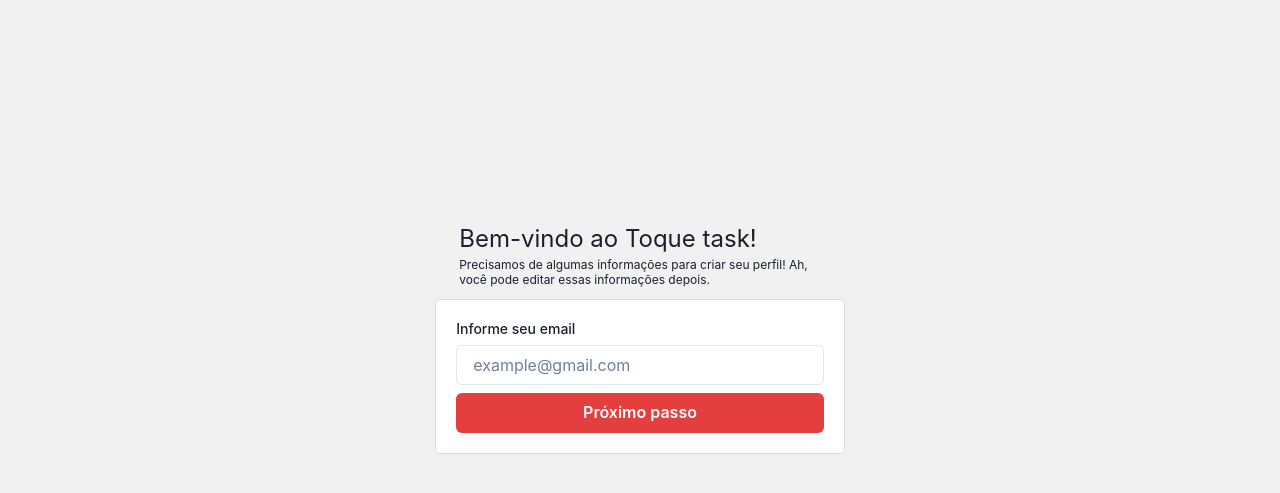
Repository: jorgelucasjs/chakra-ui-doc
Page: /
An editor plug-in stored every save of this project. The page is shown before and after a run of saves, followed by the edit.
The browser window is 1280 px wide. The pictures show the whole page.
The project was rebuilt for these pictures with package versions that can differ from the ones it lists, and the page was loaded fresh each time.

Above is the page before, as saved 2023-01-06 14:28:48.

### public/index.html
<!DOCTYPE html>
<html lang="en">
  <head>
    <meta charset="utf-8" />
   <!--  <link rel="icon" href="%PUBLIC_URL%/logo.jpg" /> -->
    <meta name="viewport" content="width=device-width, initial-scale=1" />
    <meta name="theme-color" content="#000000" />
    <meta
      name="description"
      content="Web site created using create-react-app"
    />
    <!-- <link rel="apple-touch-icon" href="%PUBLIC_URL%/logo.jpg" /> -->
    <!--
      manifest.json provides metadata used when your web app is installed on a
      user's mobile device or desktop. See https://developers.google.com/web/fundamentals/web-app-manifest/
    -->
    <link rel="manifest" href="%PUBLIC_URL%/manifest.json" />
    <!--
      Notice the use of %PUBLIC_URL% in the tags above.
      It will be replaced with the URL of the `public` folder during the build.
      Only files inside the `public` folder can be referenced from the HTML.

      Unlike "/favicon.ico" or "favicon.ico", "%PUBLIC_URL%/favicon.ico" will
      work correctly both with client-side routing and a non-root public URL.
      Learn how to configure a non-root public URL by running `npm run build`.
    -->
    <title>Chackra ui</title>
  </head>
  <body>
    <noscript>You need to enable JavaScript to run this app.</noscript>
    <div id="root"></div>
    <!--
      This HTML file is a template.
      If you open it directly in the browser, you will see an empty page.

      You can add webfonts, meta tags, or analytics to this file.
      The build step will place the bundled scripts into the <body> tag.

      To begin the development, run `npm start` or `yarn start`.
      To create a production bundle, use `npm run build` or `yarn build`.
    -->
  </body>
</html>

### src/index.tsx
import React from 'react';
import ReactDOM from 'react-dom/client';
import App from './App';
import reportWebVitals from './reportWebVitals';

const root = ReactDOM.createRoot(
  document.getElementById('root') as HTMLElement
);


root.render(

	<React.StrictMode>
		<App />
	</React.StrictMode>

);

reportWebVitals();

### src/App.tsx
import * as React from 'react';
import PagesRouter from './routes';
import { extendTheme, ChakraProvider, ColorModeScript } from '@chakra-ui/react';
import theme from './theme/theme';

export default function App(): JSX.Element {

	return (
		<ChakraProvider theme={theme}>
			<ColorModeScript initialColorMode={theme.config.initialColorMode} />
			<PagesRouter />
		</ChakraProvider>
	);
}

### src/routes/index.tsx
import React from 'react';
import { BrowserRouter, Route, Routes } from 'react-router-dom';
import Home from '../pages';
import GlobalStyle from './../style/Global';
export default function PagesRouter(): JSX.Element {
	return (

		<BrowserRouter>
			<GlobalStyle />

			<Routes>

				<Route
					path='/'
					element={<Home />}
				/>
			</Routes>
		</BrowserRouter>

	);
}

### src/theme/theme.ts
import { extendTheme, ThemeConfig } from '@chakra-ui/react';

const config: ThemeConfig = {
	initialColorMode: 'light',
	useSystemColorMode: false,
};

const colors = {
	brand: {
		900: '#1a365d',
		800: '#153e75',
		700: '#2a69ac',
	},
};

const theme = extendTheme({ config, colors });

export default theme;

### src/pages/index.tsx
import React from 'react';
import { Box, Text, Flex, FormControl, FormLabel, Input,Button } from '@chakra-ui/react';


export default function index(): JSX.Element {

	return (
		<Flex justify={'center'} bg={'#F1F1F1'} height='100vh'>
			<Box h={300} w={'32%'} mt={200}>
				<Box p={6} pb={0}>
					<Text fontSize='2xl' mb={1}>Bem-vindo ao Toque task!</Text>
					<Text fontSize='xs'>Precisamos de algumas informações para criar seu perfil! Ah,
						você pode editar essas informações depois.</Text>
				</Box>

				<Box bg='#fff' p={5} mt={3} borderRadius={5} border='1px solid #ddd'>
					<FormControl>
						<FormLabel fontSize='14'>Informe seu email</FormLabel>
						<Input type='email' placeholder='example@gmail.com'/>
						<Button w={'100%'} mt={2} colorScheme={'red'} color='#fff'>Próximo passo  </Button>
					</FormControl>
				</Box>
			</Box>
		</Flex>
	);
}

### src/style/Global.ts
import { createGlobalStyle } from 'styled-components';

export default createGlobalStyle`
  * {
	  margin: 0;
	  padding: 0;
	  box-sizing: border-box;
	}

  body {
	  width: 100vw;
	  background:#fefefe;
  }

  body,
  input,
  textarea,
  button {
	font: 400 1rem Inter, sans-serif;
  }

  h1 {
	font-size: 2.5rem;
	font: 700;
	font-family: 'Work Sans', sans-serif;
  }

  h2 {
	font-size: 1.5rem;
  }

  button {
	cursor: pointer;
  }

  h1,
  h2,
  h3,
  h4,
  h5,
  h6 {
	font-weight: 600;
	font-family: Lexend, sans-serif;
  }

  input {
	outline: none;
  }
  a{
	text-decoration:none;
	color:#fff;
  }
  .modalContent,
  .secondModal {
	>img {
	  width: 15rem;
	  margin: 15px auto;
	  display: flex;
	  justify-content: center;
	  align-self: center;
	}
	> form {
	  margin: 20px 0;
	  width: 100%;
	  text-align: center;

	> label {
	  display: flex;
	  align-items: flex-start;
	  margin: 15px 0;
	  color: #1c1c1c;
	}

	>button {
	  margin-top: 25px;
	}
  }
}


.secondModal {
  >h1 {
	text-align: center;
	margin: 4rem 0 0 0;
  }

  >span {
	display: block;
	text-align: center;
	color: #1c1c1c;
	font-size: 15px;
	margin: 20px 0;
  }
}



`;

Loaded but not shown: src/reportWebVitals.ts (common file)

After the next 4 saves:
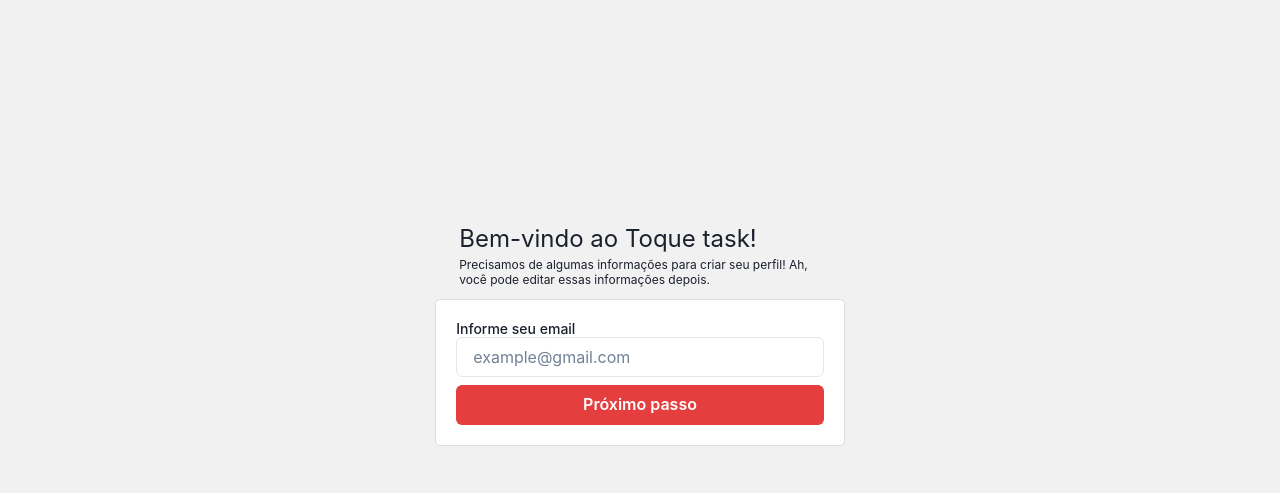
The 4 saves are shown as one change because they came seconds apart.
The last was saved 15 s later.
--- a/src/pages/index.tsx
+++ b/src/pages/index.tsx
@@ -15,7 +15,7 @@
 
 				<Box bg='#fff' p={5} mt={3} borderRadius={5} border='1px solid #ddd'>
 					<FormControl>
-						<FormLabel fontSize='14'>Informe seu email</FormLabel>
+						<FormLabel fontSize='14' mb=''>Informe seu email</FormLabel>
 						<Input type='email' placeholder='example@gmail.com'/>
 						<Button w={'100%'} mt={2} colorScheme={'red'} color='#fff'>Próximo passo  </Button>
 					</FormControl>
